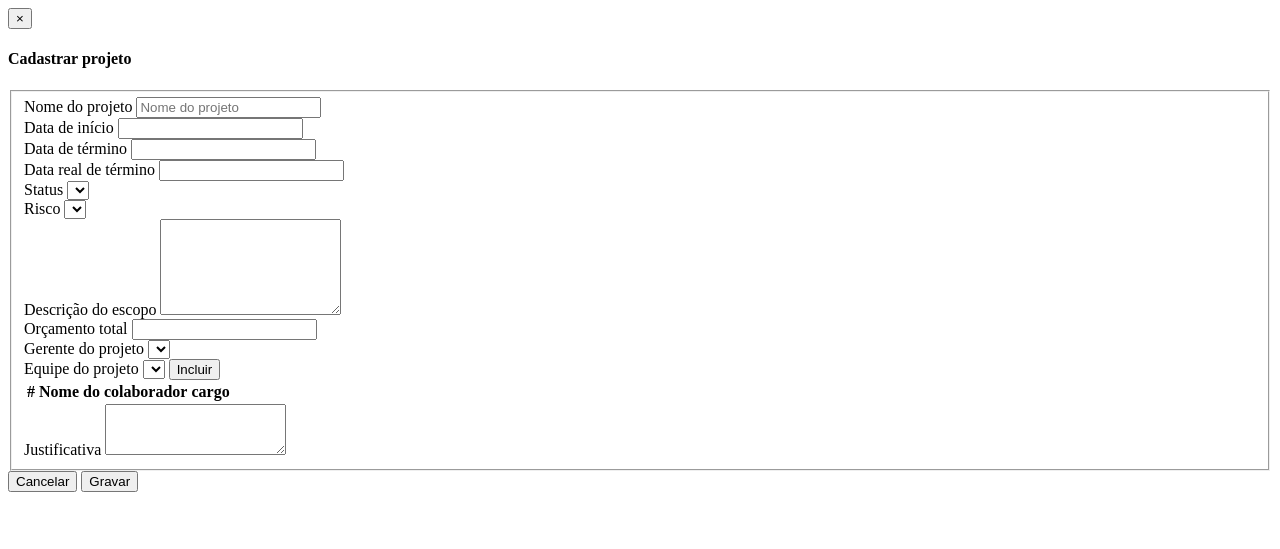
Repository: paulopml/pmwork-management
Page: http://localhost/pmwork/WEB-INF/projetos/modal-cad-projeto.jsp
The author's editor kept a copy of each file at every save. The page is drawn from the files as they stood at one save, then again after the next save.
The browser window is 1280 px wide. The pictures show the whole page.
The page is served by Tomcat 9. Nobody is signed in. The template is opened directly, without the code that normally fills it, so the values that code supplies are empty.

Above is the page before, as saved 2016-10-30 23:30:57.

After the next save:
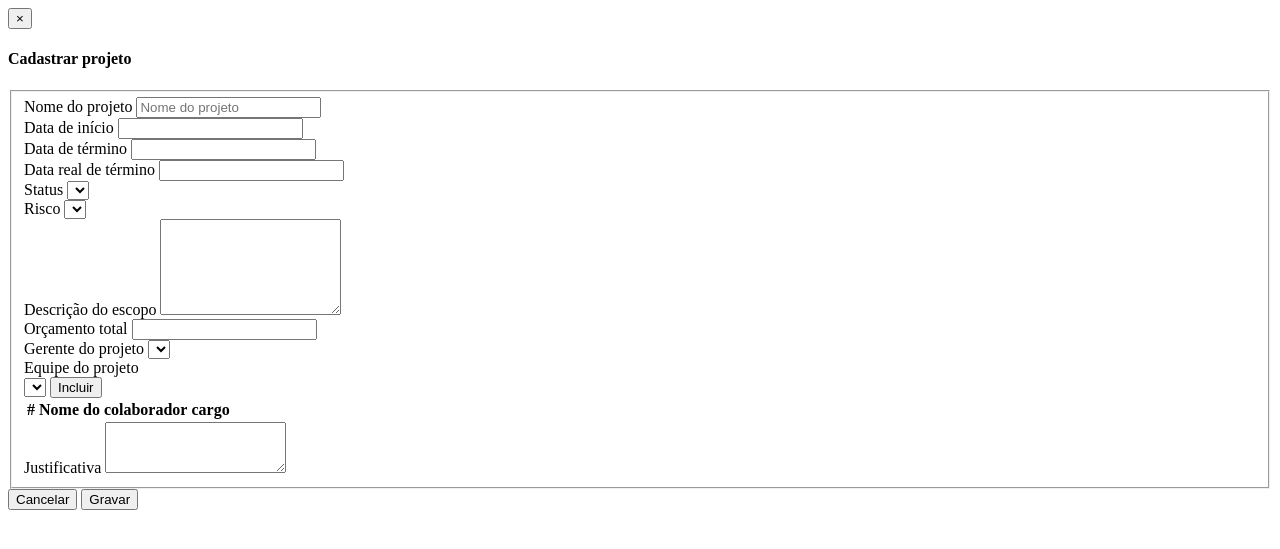
Saved 104 s later.
--- a/pmwork/src/main/webapp/WEB-INF/projetos/modal-cad-projeto.jsp
+++ b/pmwork/src/main/webapp/WEB-INF/projetos/modal-cad-projeto.jsp
@@ -74,8 +74,10 @@
 	                    </div>
 	                    <div class="col-lg-10 group panel panel-default">
 	                       <div class="panel-heading">
+	                      	 	<label for="equipe">Equipe do projeto</label>
+	                       </div>
+	                       <div class="panel-body">
 		                    	<div class="col-lg-8 group">
-		                           <label for="equipe">Equipe do projeto</label>
 								   <select id="equipe" name="equipe" class="form-control">
 										<c:forEach items="${equipes}" var="equipepj">
 											<option value="${equipepj.id}">${equipepj.nome}</option>
@@ -83,8 +85,6 @@
 									</select>
 									<button type="button" id="btn-incluir" class="btn btn-default" data-dismiss="modal">Incluir</button>
 		                    	</div>
-	                    	</div>
-	                    	<div class="panel-body">
 		                    	<div class="col-lg-8 group">
 		                    		<jsp:include page="tabela-equipe.jsp"/>
 		                    	</div>
